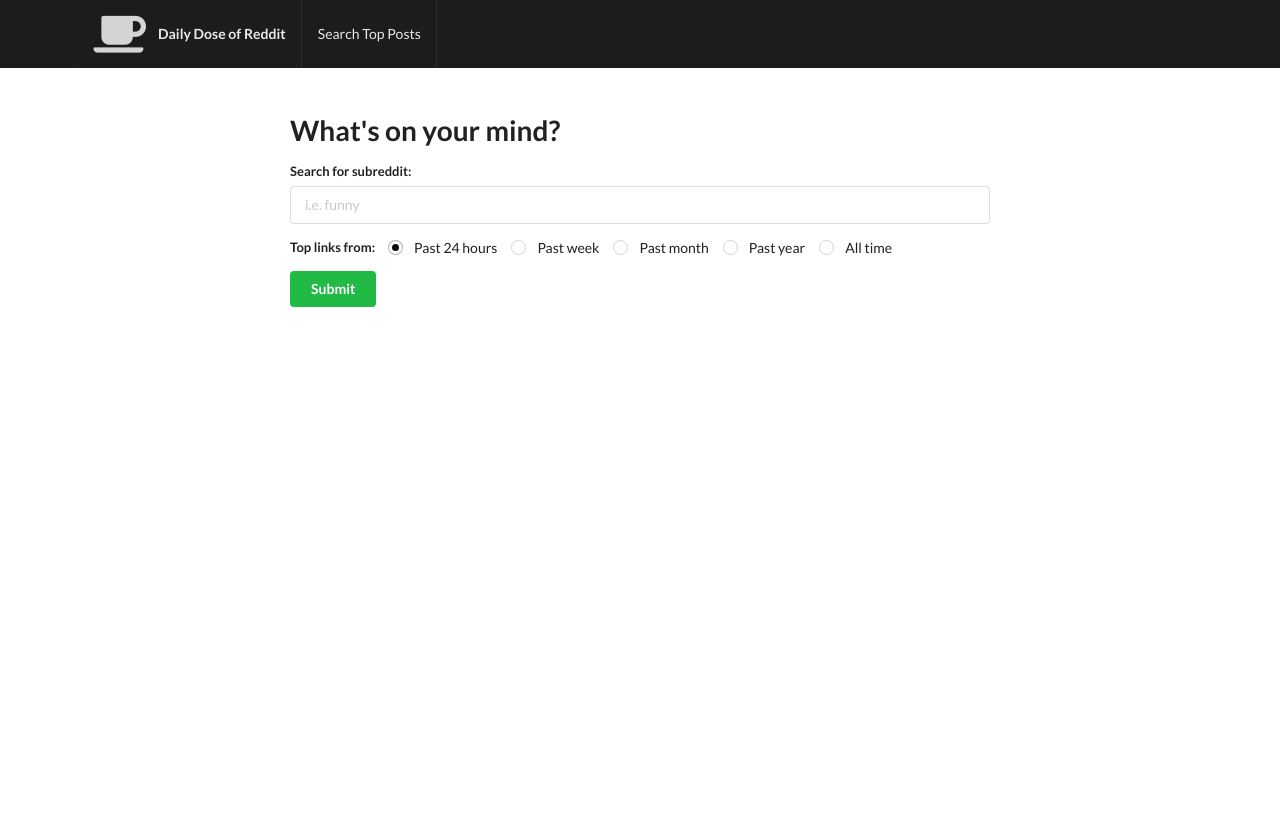
Repository: nikdmello/best-of-reddit-webapp
Page: http://localhost/
The author's editor kept a record of every edit. The page is drawn from the files as they stood at one moment, then again after the next edit.
The browser window is 1280 px wide. The pictures show the whole page.
Some web libraries are served in a nearby version. The page is served by the project's Node server (app.js).

Above is the page before.

After the next edit:
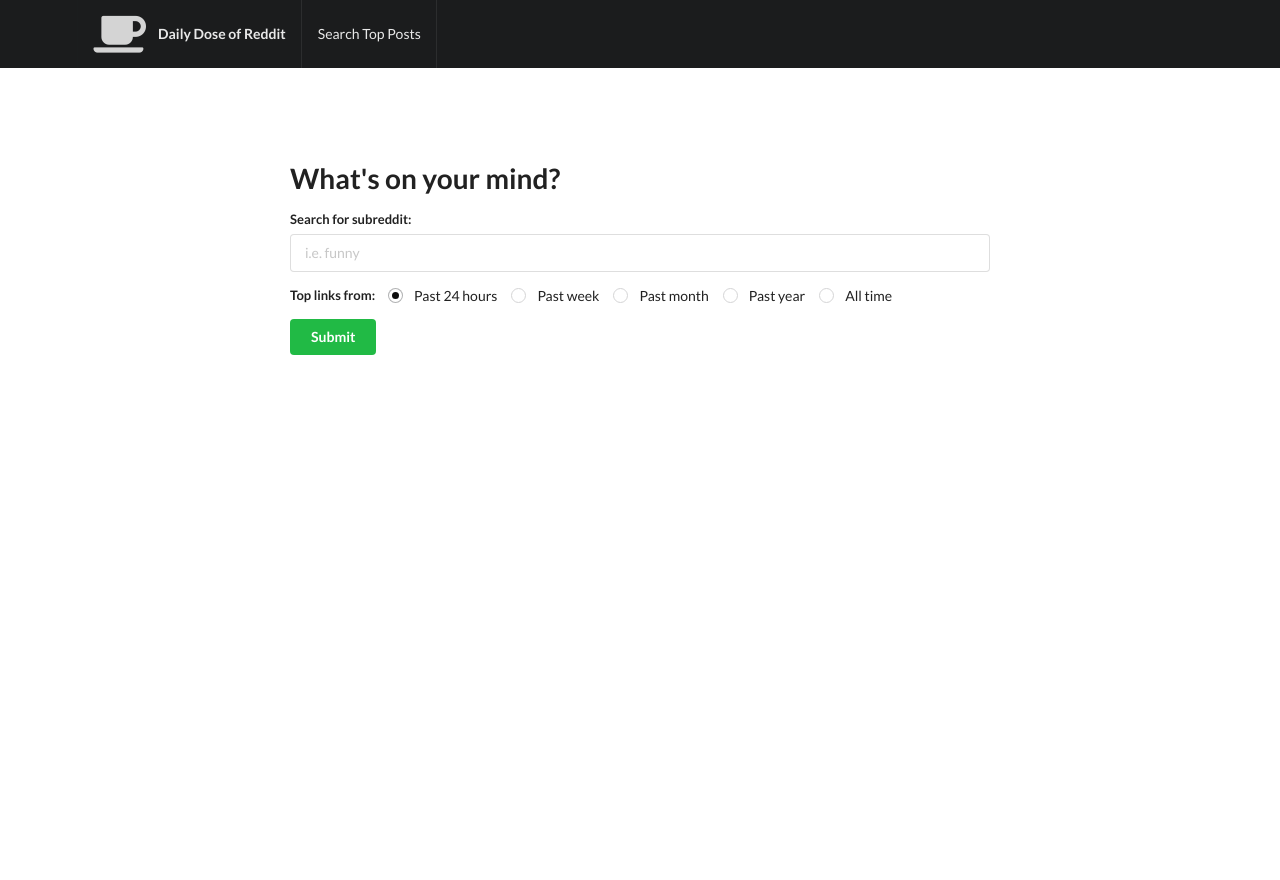
The edit:
--- a/views/partials/header.ejs
+++ b/views/partials/header.ejs
@@ -11,7 +11,7 @@
             margin-right: 2em;
           }
           .main.container {
-            margin-top: 7em;
+            margin-top: 10em;
           }
           .wireframe {
             margin-top: 2em;
